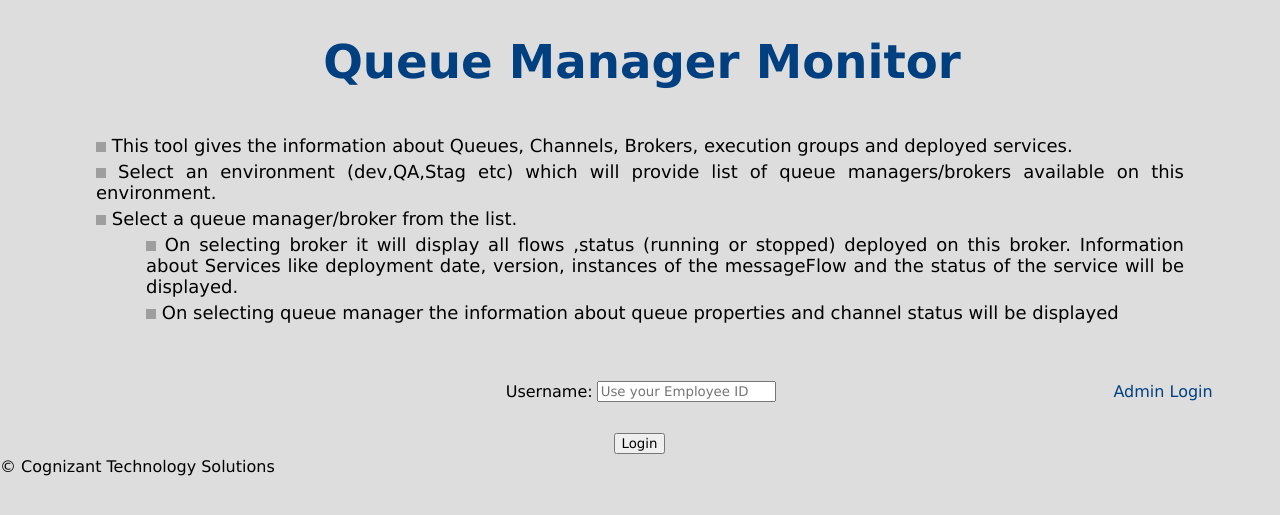
Repository: aarjavshah/ArjavProjects
Page: http://localhost/QmMonitor/
The author's editor kept a copy of each file at every save. The page is drawn from the files as they stood at one save, then again after the next save.
The browser window is 1280 px wide. The pictures show the whole page.
Pictures or frames that could not be fetched are drawn as grey boxes. The page is served by Tomcat 9. Other server files are loaded and not shown.

Above is the page before, as saved 2016-11-28 15:10:57.

### Java/ToolOct27ABN_Temp/QmMonitor/WebContent/Login.jsp
<%@ page language="java" contentType="text/html; charset=ISO-8859-1"
    pageEncoding="ISO-8859-1"%>
<!DOCTYPE html PUBLIC "-//W3C//DTD HTML 4.01 Transitional//EN" "http://www.w3.org/TR/html4/loose.dtd">
<html>
<head>
<meta http-equiv="Content-Type" content="text/html; charset=ISO-8859-1">
<title>ESB Queue-Manager Monitor Login</title>
</head>
<script type="text/javascript">
function GetPassword() {
	password.style.visibility = 'visible';
	adminLink.style.visibility = 'hidden';
}
function  RemovePassword() {
	password.style.visibility = 'hidden';
	adminLink.style.visibility = 'visible';
}
function ValidateLogin(){
	var userName=document.getElementById("username").value;
	var flag=0;
	if(userName.length==0)
	{	document.getElementById("span_broker").innerHTML="Enter UserName";
		flag=1;
	}else{
		document.getElementById("span_broker").innerHTML="";
	}
	if(flag==0)
	{
	return true;
	}
else
	{
	return false;
	}
	}
</script>
 <STYLE type="text/css" media="screen">
    td{width:300px;}
    #dont{width:93px;}
    #button{width:53px;}
 </STYLE>
<link rel="stylesheet" type="text/css" href="<%=request.getContextPath() %>/collapse.css" media="screen">
<body>
<%if(session.getAttribute("username")!=null){
	if((Boolean)session.getAttribute("isAdmin")){
		response.sendRedirect("AdminServices.jsp");
	}else{
		response.sendRedirect("Home.jsp");
	}
}	%>
<div id="header">Queue Manager Monitor</div>
<div id="desc">
<p>
	<div id="textbox"><img src="Bullet.png" height="10px" width="10px">
	This tool gives the information about Queues, Channels, Brokers, execution groups and deployed services.</div><div id="textbox"><img src="Bullet.png"  height="10px" width="10px">
	Select an environment (dev,QA,Stag etc) which will provide list of queue managers/brokers available on this environment.</div><div id="textbox"><img src="Bullet.png"  height="10px" width="10px">
	Select a queue manager/broker from the list. </div><div id="textbox2">     <img src="Bullet.png"  height="10px" width="10px">
	On selecting broker it will display all flows ,status (running or stopped) deployed on this broker.
	Information about Services like deployment date, version, instances of the messageFlow and the status of the service will be displayed.
	</div><div id="textbox2"><img src="Bullet.png"  height="10px" width="10px">
	On selecting queue manager the information about queue properties and channel status will be displayed
	</div>
</p>
</div>
<form action="Login" method="post" onsubmit="return ValidateLogin()">
<div id="err">
<%if(session.getAttribute("AdminLoginFail")!=null){
if((Boolean)session.getAttribute("AdminLoginFail")){
	out.print("<font color=red>Admin Login Failed</font>");
	session.removeAttribute("AdminLoginFail");
}}
%></div>

<table id="adminbroker">
<tr id="user">
	<td id="dont" align="right">Username:</td>
	<td><input type="text" name="username" id="username" placeholder="Use your Employee ID"></td>
	<td><font color=red><span id="span_broker"></span></font></td><td> </td>
	<td id="adminLink" onclick="GetPassword()"><a href="#">Admin Login</a></td>
</tr>
<tr id="password" style="visibility:hidden;">
	<td id="dont" align="right">Password:</td>
	<td><input type="password" name="password" ></td><td> </td><td> </td>
	<td id="userLink" onclick="RemovePassword()"><a href="#">User Login</a></td>
</tr>
</table>
<table align="center">
<tr>
<td id="button"><input type="submit" name ="login" value="Login"></td>
</tr>
</table>
</form>
<div id="footer">© Cognizant Technology Solutions</div>
</body>
</html>

### Java/ToolOct27ABN_Temp/QmMonitor/WebContent/collapse.css
/* Just some base styles not needed for example to function */
*, html { font-family: Verdana, Arial, Helvetica, sans-serif; }

body, form, ul, li, p, h1, h2, h4, h5
{
	margin: 0;
	padding: 0;
}
a{
	 text-decoration: none;
	 color : #004080;
	 cursor:pointer;
}
td.drop{
	width:550px;
}
td.res{
	width:200px;
}
td.res1{
	padding-top: 10px;
}
html { font-size: 100%; /* IE hack */ }
body { font-size: 1em; /* Sets base font size to 16px */ background-color: #DDDDDD; }
table { font-size: 100%; /* IE hack */ }
/* CSS Tree menu styles */
ol.tree
{
	padding: 0 0 0 30px;
}
ol.tree1{
	padding: 10px 0 0 30px;
	margin : 0;
}
	li
	{
		position: relative;
		margin-left: -15px;
		list-style: none;
	}
	li.file
	{
		margin-left: -10px !important;
	}
		li.file a
		{
			background: 0 0 no-repeat;
			padding-left: 32px;
			text-decoration: none;
			cursor: text;
		}
		li.file a.admin
		{
			background: 0 0 no-repeat;
			padding-left: 32px;
			text-decoration: none;
			cursor: pointer;
		}
	li input
	{
		position: absolute;
		left: 0;
		margin-left: 0;
		opacity: 0;
		z-index: 2;
		cursor: pointer;
		height: 1em;
		width: 1em;
		top: 0;
	}
		li input + ol
		{
			background: url('plus.gif') 40px 0 no-repeat;
			margin: -0.938em 0 0 -44px; /* 15px */
			height: 1em;
		}
		li input + ol > li { display: none; margin-left: -14px !important; padding-left: 1px; }
	li label
	{
		/*background: url(plusSignGreen.png) 15px 1px no-repeat;*/
		cursor: pointer;
		display: block;
		padding-left: 37px;
	}

	li input:checked + ol
	{
		background: url('minus.gif') 40px 0 no-repeat;
		margin: -1.25em 0 0 -44px; /* 20px */
		padding: 1.563em 0 0 80px;
		height: auto;
	}
		li input:checked + ol > li { display: block; margin: 5px 0 5px;  /* 2px */}
		li input:checked + ol > li:last-child { margin: 3px 0 3px; /* 1px */ }

#container{
	overflow-x: hidden;
}
#cntIO{
	padding-top: 10 px;
}
#left{

	width:100%;
	float : left;
	padding : 50 px;
	/*margin: 200px 0 0 0;*/

}
#right{
	width : 100%;
	padding : 50 px;
	float:left;
	padding-left: 50px;
	padding-top: 30px;
}
#right1{
	width : 100%;
	padding-top: 80px;
    margin-top: 100px;
    margin-bottom: 100px;
}
#right2{
	width : 100%;
	margin-left:50px;
    margin-top: 100px;
    margin-bottom: 100px;
}
#textbox{
	margin-top: 5px;
	margin-bottom: 5px;
}
#textbox1{
	margin-top: 5px;
	margin-bottom: 5px;
    display: none;
}
#textbox2{
	margin-top: 5px;
	margin-bottom: 5px;
	margin-left: 50px;
	}
#header{
	padding : 5px;
	margin-top : 30px;
	padding-left:130px;
	width : 80%;
	text-align: center;
	font-size: 35pt;
	font-weight: bolder;
	color : #004080;
	height: 90px;
}
#logout{
	width:17%;
	text-align: center;
	float: right;
	font-size: 18px;
}
#brokerInfo{
	width:35%;
	text-align: right;
	float: right;
}
#formTable{
	width:100%;
	  padding-top: 16px;
	  padding-left: 10px;
}
#formTable1{
	  padding-top: 16px;
	  padding-left: 10px;
	  margin-left:
}
h1{
	padding-left : 10px;
	color : #004080;
}
#centeredText{
	text-align: center;
	padding-bottom: 10px;
}
#ErrS{
	    position: absolute;
    top: 50%;
    left: 50%;
    width: 400px;
    height: 300px;
    margin-top: -150px;
    margin-left: -200px;
}
#ErrS2{
	    position: absolute;
    top: 50%;
    left: 50%;
    width: 400px;
    height: 300px;
    margin-top: -90px;
    margin-left: -200px;
}
#ErrS1{
	    position: absolute;
    top: 50%;
    left: 50%;
    margin-top: -50px;
    margin-left: -150px;
}
#outer{
	width:100%;
}
#adminbroker{
	padding-left: 500px;
}
#adminbroker1{
	padding-left: 200px;
}
#edit{
	position: absolute;
		opacity:100;
		height: 2em;
		width: 5em;
}
#lastmod{
	font-size: 10pt;
	float: right;
	width:29%;
}
#err{
	text-align: center;
}
#desc{
	text-align:justify;
	margin-left:auto;
	margin-right:auto;
	width:85%;
	padding-bottom: 50px;
	font-size : 18px;
}
#instance{
	margin-left: 210px;
}
#instance1{
	margin-left: 210px;
	padding-top: 10px;
}
table,th,td{border:none}
.qDis{border:1px solid #ccc}
.qDis tr{border-bottom:1px solid #d0d0d0}
.qDis tr:nth-child(odd){background-color:#fff}
.qDis tr:nth-child(even){background-color:#f2f2f2}
.qDis td,.qDis th{padding:6px 8px;display:table-cell;text-align:left;vertical-align:top}
.qDis th:first-child,.qDis td:first-child{padding-left:16px}

#editablediv{
    width: 500px;
    height: 200px;
    border: 1.5px solid #888;
    padding: 5px;
    background-color : #FAFAFA;
    margin: 10px 10px 10px 10px;
}
#RFHheader{
    width: 500px;
    height: 50px;
    border: 1.5px solid #888;
    padding: 5px;
    background-color : #FAFAFA;
    margin: 10px 10px 10px 10px;
}
div.conf{
	padding-left: 52px;
	padding-top: 10px;
}
#formtextarea{
	margin-top: 10px;
}
div.scroll{
width: 500px;
    height: 200px;
    border: 1.5px solid #888;
    padding: 5px;
    background-color : #FAFAFA;
    margin: 10px 10px 10px 10px;
	max-height: 200px;
	overflow: auto;
}
#footerCpy{
	margin-top:-10px;
}

After the next save:
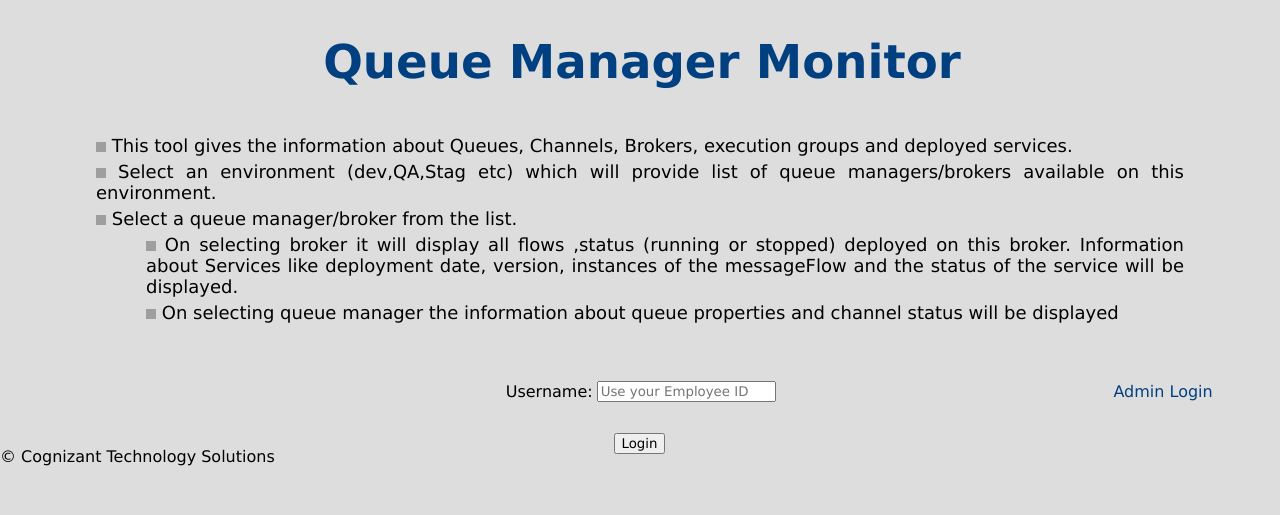
Saved 21 s later.
--- a/Java/ToolOct27ABN_Temp/QmMonitor/WebContent/Login.jsp
+++ b/Java/ToolOct27ABN_Temp/QmMonitor/WebContent/Login.jsp
@@ -90,6 +90,6 @@ if((Boolean)session.getAttribute("AdminLoginFail")){
 </tr>
 </table>
 </form>
-<div id="footer">© Cognizant Technology Solutions</div>
+<div id="footerCpy">© Cognizant Technology Solutions</div>
 </body>
 </html>
